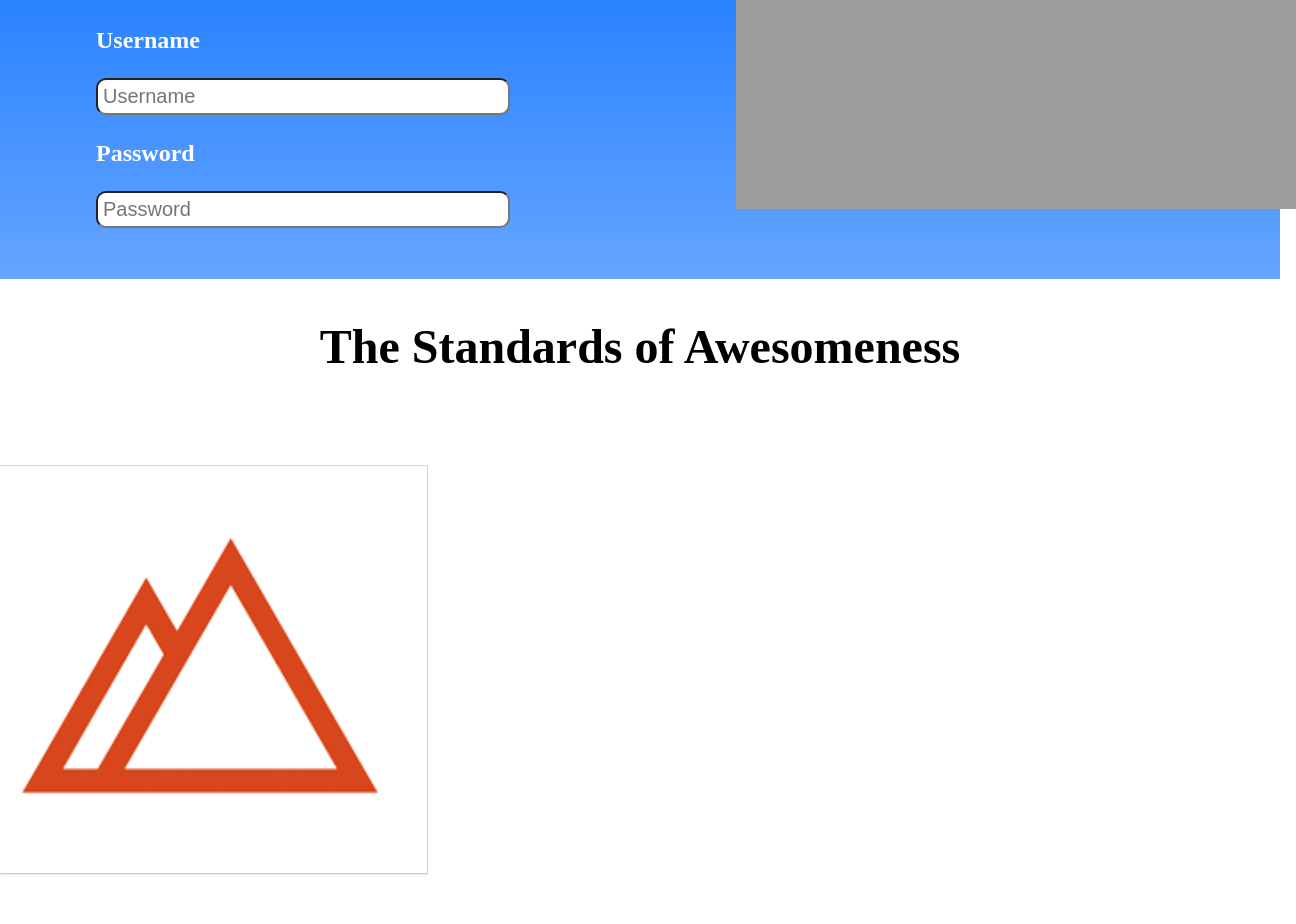
Repository: jesar-enl/My-CSS-Website
Page: index.html
These files come from the project's save history. The page is drawn as it stood at one moment and after a run of saves; the edit follows.
The browser window is 1280 px wide. The page is 1296 px wide, so the pictures cover 1296 px, including what lies to the right of the window. The pictures show the part of the page from y = 221 to 1145 px (the page is 1145 px tall before and 855 px after).
Pictures or frames that could not be fetched are drawn as grey boxes.

Above is the page before, as saved 2022-07-27 12:43:43.

After the next 2 saves:
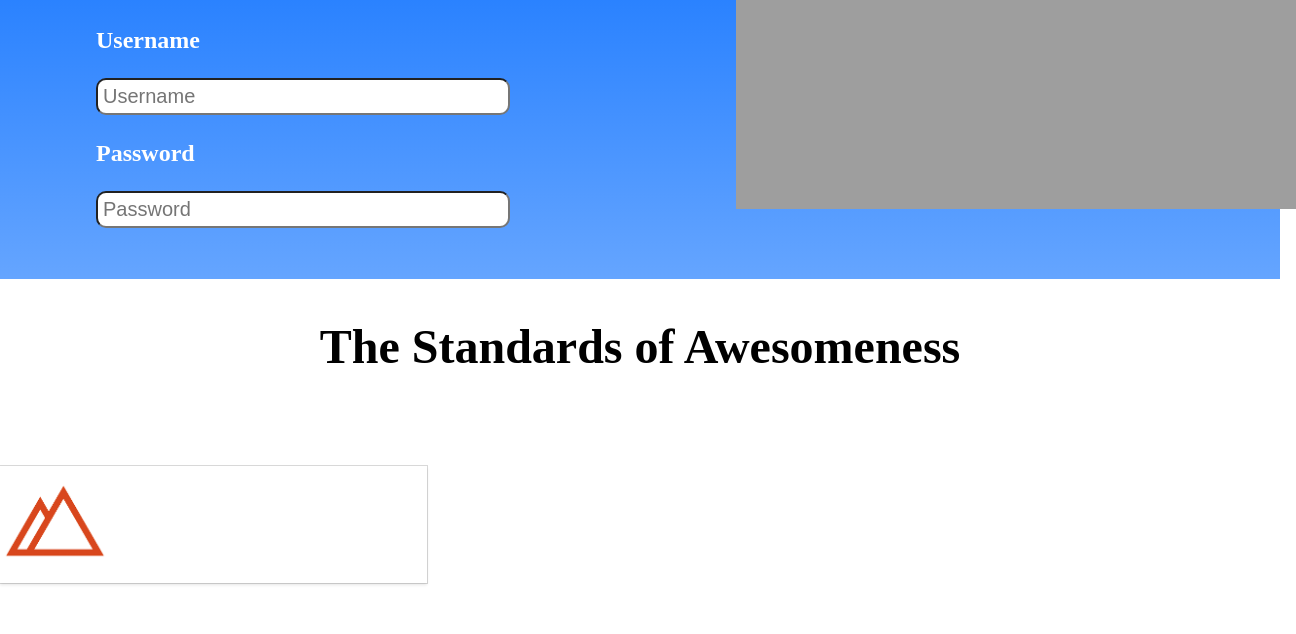
The 2 saves are shown as one change because they came seconds apart.
The last was saved 6 s later.
--- a/style.css
+++ b/style.css
@@ -171,7 +171,8 @@ input[type='password'] {
 }
 
 .dev {
-  width: 400px;
+  width: 110px;
+  width: 110px;
 }
 
 /* ############ Media Query ########### */
